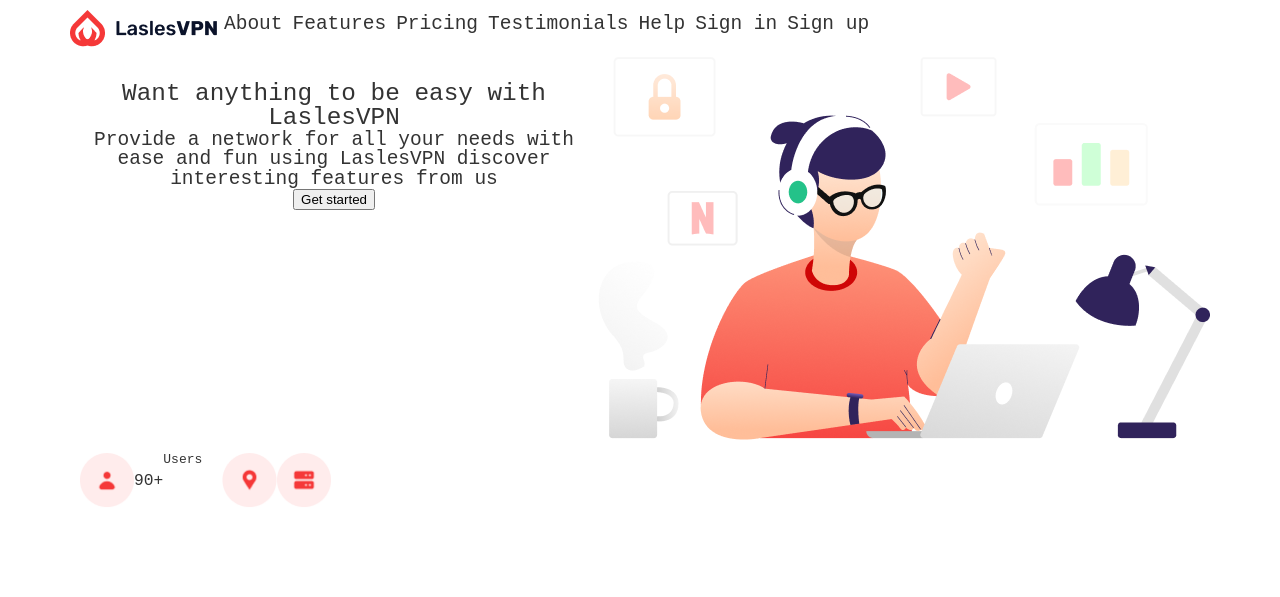
Repository: RaphaelMatheus-br/LP-251123
Page: index.html
An editor plug-in stored every save of this project. The page is shown before and after the next save, followed by the edit.
The browser window is 1280 px wide. The pictures show the whole page.

Above is the page before, as saved 2023-11-25 12:27:50.

After the next save:
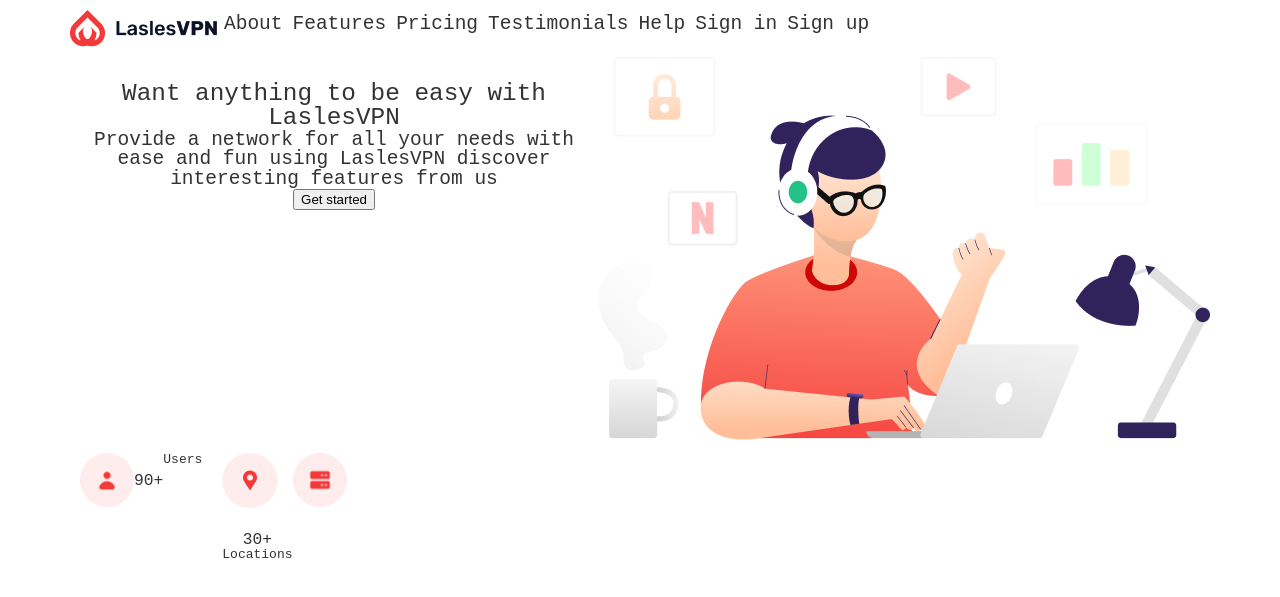
Saved 81 s later.
--- a/index.html
+++ b/index.html
@@ -39,7 +39,11 @@
             <h1 class="sobre__user">90+</h1>
             <p class="p__user">Users</p>
         </div>
-	    <img src="./imagens/location.png" alt="location">
+	    <div class="location">
+            <img src="./imagens/location.png" alt="location">
+            <h1 class="sobre__location">30+</h1>
+            <p class="p__location">Locations</p>
+        </div>
 	    <img src="./imagens/Server.png" alt="server">
     </div>
 </section>
